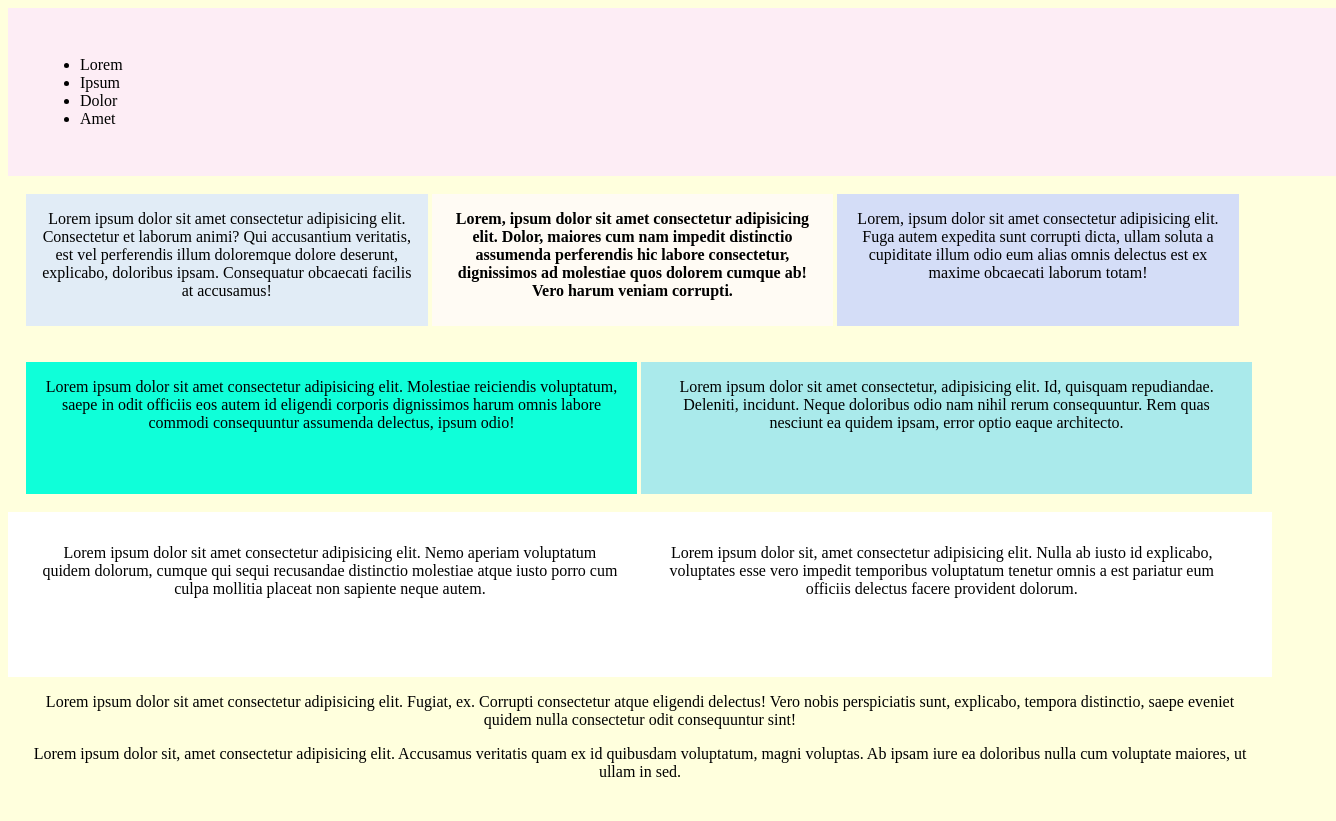
Repository: HTML-a-CSS-2/projekt-portfolio-Angelina555555
Page: .github/index.html
The author's editor kept a copy of each file at every save. The page is drawn from the files as they stood at one save, then again after the next save.
The browser window is 1280 px wide. The page is 1336 px wide, so the pictures cover 1336 px, including what lies to the right of the window. The pictures show the whole page.

Above is the page before, as saved 2022-05-07 23:24:12.

After the next save:
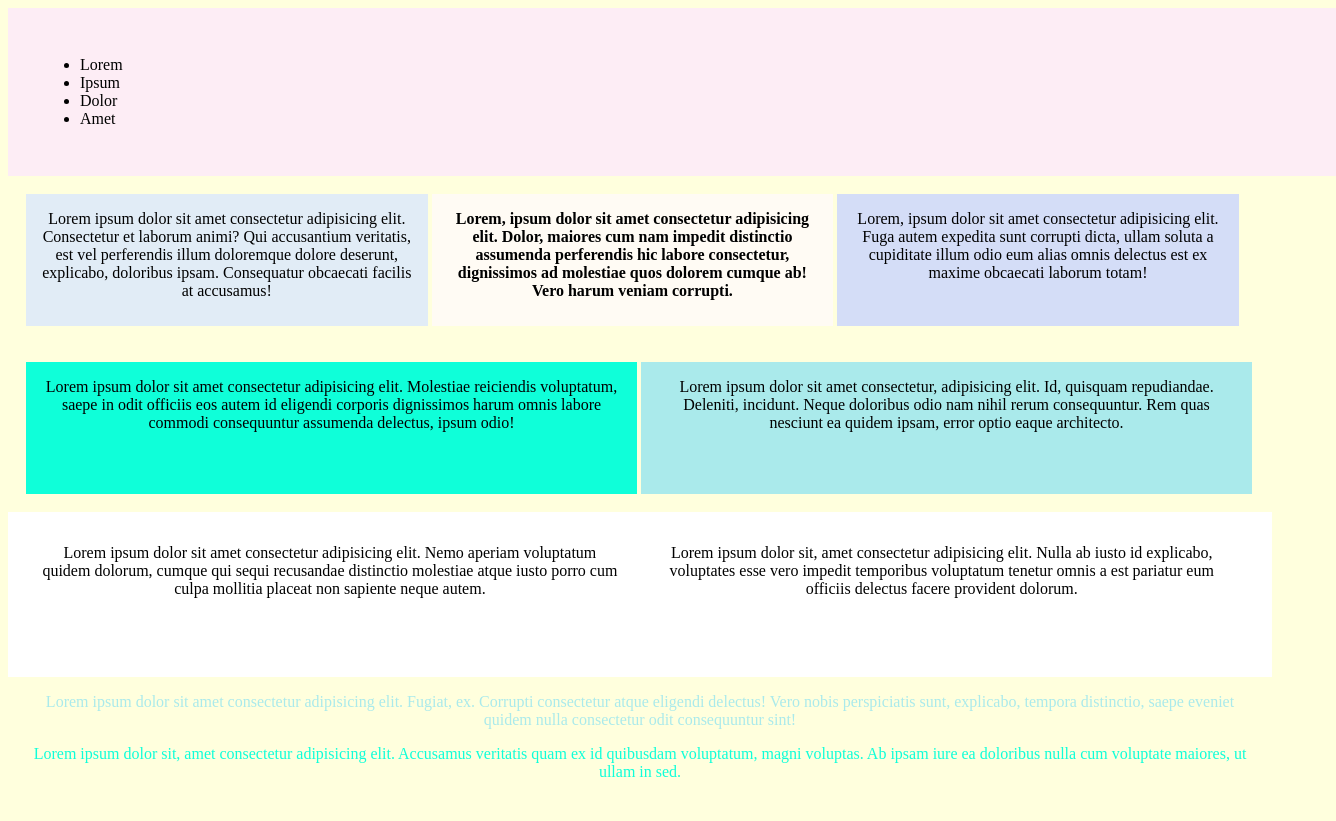
Saved 115 s later.
--- a/.github/default.css
+++ b/.github/default.css
@@ -66,3 +66,10 @@ body {
 .leader__element-sedm--padding-small {
   padding: 0.9rem;
 }
+.blok-posledni__element-osm--mint {
+  color: #aaeaeb;
+}
+
+.blok-posledni__element-devet--green {
+  color: #0fffd9;
+}
